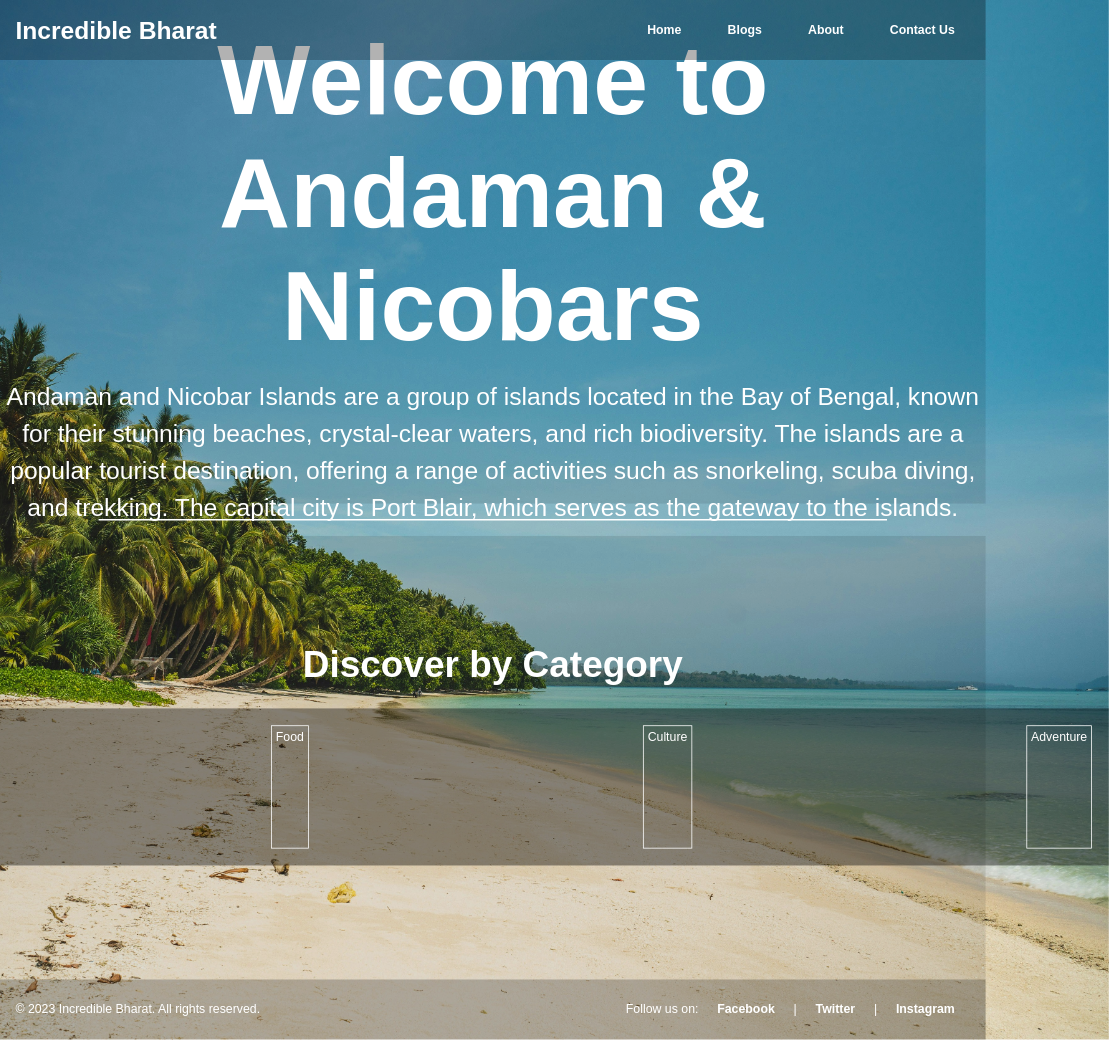
Repository: jaidhiman111/incrediblebharat
Page: destinations/Andaman&Nicobar.html
These files come from the project's save history. The page is drawn as it stood at one moment and after the next save; the edit follows.
The browser window is 1280 px wide. The page is 1440 px wide, then 1280 px, so the pictures cover 1440 px, including what lies to the right of the window. The pictures show the whole page, at 77% of full size.

Above is the page before, as saved 2025-04-30 23:30:18.

After the next save:
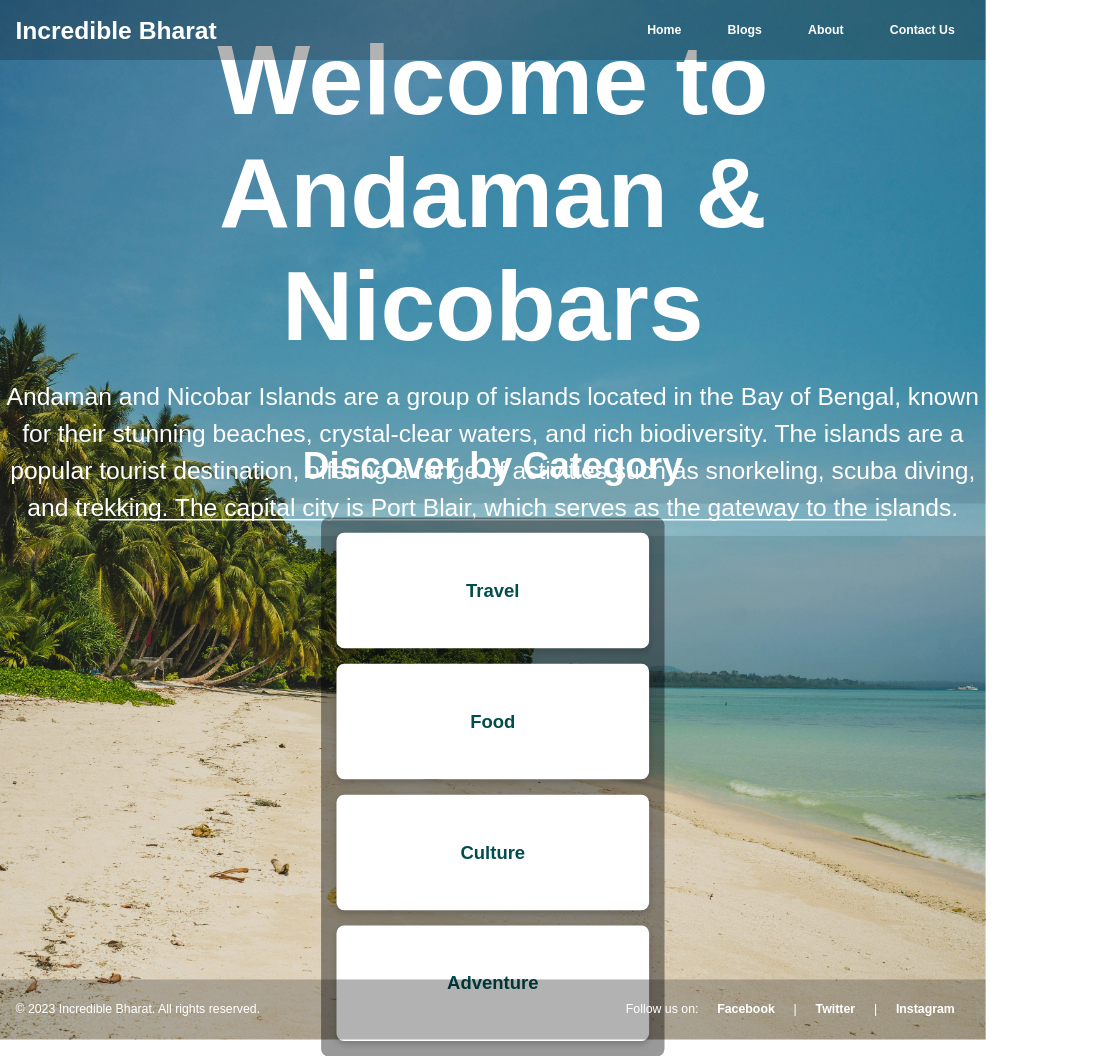
Saved 93 s later.
--- a/assets/style.css
+++ b/assets/style.css
@@ -145,24 +145,43 @@ hr {
     transition: transform 0.3s ease-in-out;
   }
 
-.card-section {
-    display: flex;
-    background-color: rgba(0, 0, 0, 0.4); /* Soft blue */
-    width: 100rem;
-    justify-content: space-between;
+  .card-section {
+    display: flex;
+    flex-wrap: wrap; /* So cards wrap on smaller screens */
+    background-color: rgba(0, 0, 0, 0.4);
+    justify-content: center;
     align-items: center;
     padding: 20px;
-    margin: 10px;
-    text-align: center;
-    transition: transform 0.3s ease-in-out;
+    margin: 20px auto;
+    max-width: 1200px;
+    gap: 20px; /* Space between cards */
+    border-radius: 10px;
 }
 
 .card {
-    height: 10rem;
-    margin: 2px;
-    padding: 5px;
-    border: #fff solid 1px;
-}
+    flex: 1 1 200px; /* Grow/shrink nicely */
+    background-color: #ffffff;
+    height: 150px;
+    display: flex;
+    justify-content: center;
+    align-items: center;
+    border: 2px solid #ffffff;
+    border-radius: 10px;
+    font-size: 1.5rem;
+    font-weight: bold;
+    color: #014d4e;
+    box-shadow: 0 4px 8px rgba(0, 0, 0, 0.2);
+    transition: transform 0.3s ease, background-color 0.3s ease;
+    cursor: pointer;
+}
+
+/* Hover Effect */
+.card:hover {
+    transform: translateY(-8px);
+    background-color: #d6f5f5;
+    color: #007575;
+}
+
   /* This is for footer */
 
 .footer {
